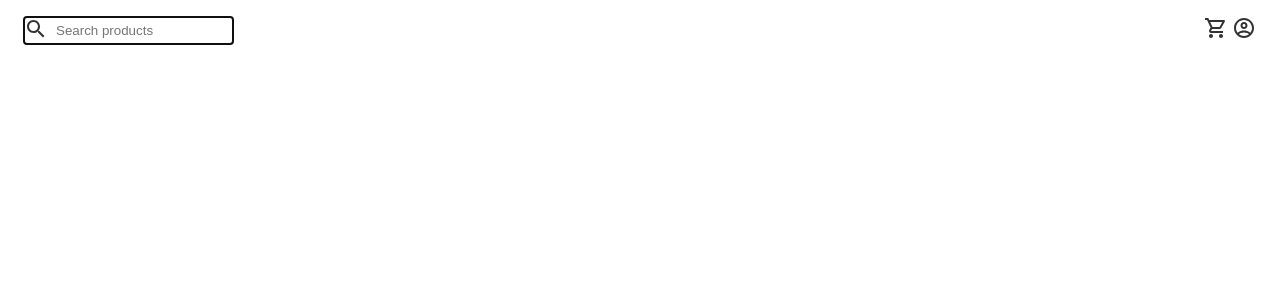
Repository: Kirillishko/homeworks
Page: src/index.html
These files come from the project's save history. The page is drawn as it stood at one moment and after the next save; the edit follows.
The browser window is 1280 px wide. The pictures show the whole page.
The first visible `.search-form` has the focus.

Above is the page before, as saved 2023-12-29 23:28:19.

### src/index.html
<!DOCTYPE html>
<html lang="en">
	<head>
		<meta charset="UTF-8" />
		<meta name="viewport" content="width=device-width, initial-scale=1.0" />
		<link rel="stylesheet" href="globals.css" />
		<link rel="stylesheet" href="header.css" />
		<link rel="stylesheet" href="main.css" />
		<title>Главная</title>
	</head>
	<body>
		<header class="header">
			<div class="search-form">
				<button>
					<svg width="24px" height="24px" viewBox="0 0 24 24">
						<g clip-path="url(#clip0_2903_338)">
							<path
								d="M15.5 14H14.71L14.43 13.73C15.41 12.59 16 11.11 16 9.5C16 5.91 13.09 3 9.5 3C5.91 3 3 5.91 3 9.5C3 13.09 5.91 16 9.5 16C11.11 16 12.59 15.41 13.73 14.43L14 14.71V15.5L19 20.49L20.49 19L15.5 14ZM9.5 14C7.01 14 5 11.99 5 9.5C5 7.01 7.01 5 9.5 5C11.99 5 14 7.01 14 9.5C14 11.99 11.99 14 9.5 14Z"
								fill="#323232" />
						</g>
					</svg>
				</button>
				<input type="search" placeholder="Search products" />
			</div>
			<nav>
				<a href="#"><img src="/public/icons/shopping_cart.svg" /></a>
				<a href="#"><img src="/public/icons/account_circle.svg" /></a>
			</nav>
		</header>
	</body>
</html>

### src/globals.css
:root {
	--content-horizontal-margin: 24px;
}

/* prettier-ignore */
*, *::before, *::after {
    margin: 0;
    padding: 0;
    border: 0;
    box-sizing: border-box;
}

button {
	background-color: transparent;
}

### src/header.css
.header {
	margin: 16px var(--content-horizontal-margin);
	margin-bottom: 0;
	display: flex;
	align-items: center;
	justify-content: space-between;
}

.search-form {
	display: flex;
	gap: 8px;
}

.search-form:focus {
}

Loaded but not shown: src/main.css (no stored copy; drawn as an empty file)

After the next save:
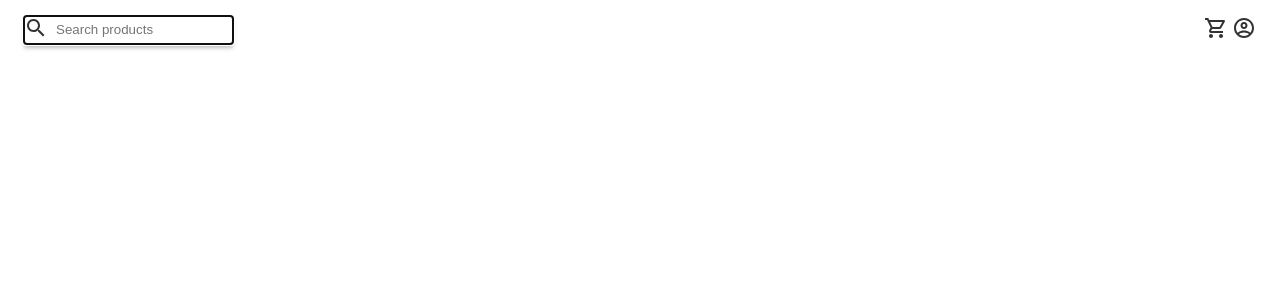
Saved 3 min 46 s later.
--- a/src/header.css
+++ b/src/header.css
@@ -12,4 +12,6 @@
 }
 
 .search-form:focus {
+	border-bottom: 1px solid #e97f03;
+	box-shadow: 0px 4px 4px 0px rgba(0, 0, 0, 0.25);
 }
